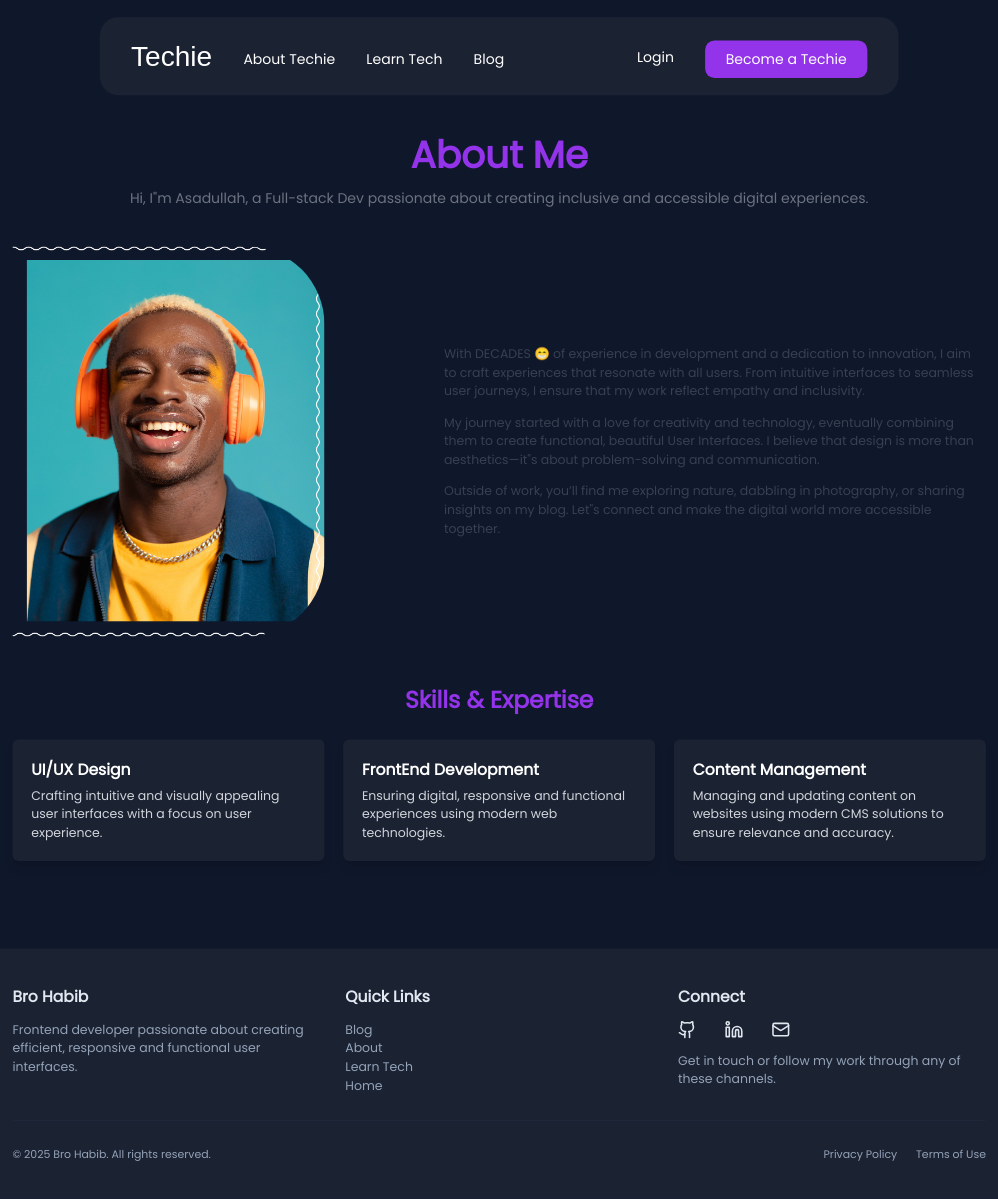
Repository: asadullah48/data-fetch
Page: /about
The author's editor kept a copy of each file at every save. The page is drawn from the files as they stood at one save, then again after the next save.
The browser window is 1280 px wide. The pictures show the whole page, at 78% of full size.
Some web fonts or font styles are not loaded; a fallback is used. The project was rebuilt for these pictures with package versions that can differ from the ones it lists, and the page was loaded fresh each time. The framework's server and built-in components were replaced by stand-ins that run in the browser. Also part of the build but not shown: next.config.mjs.

Above is the page before, as saved 2025-01-15 12:26:06.

After the next save:
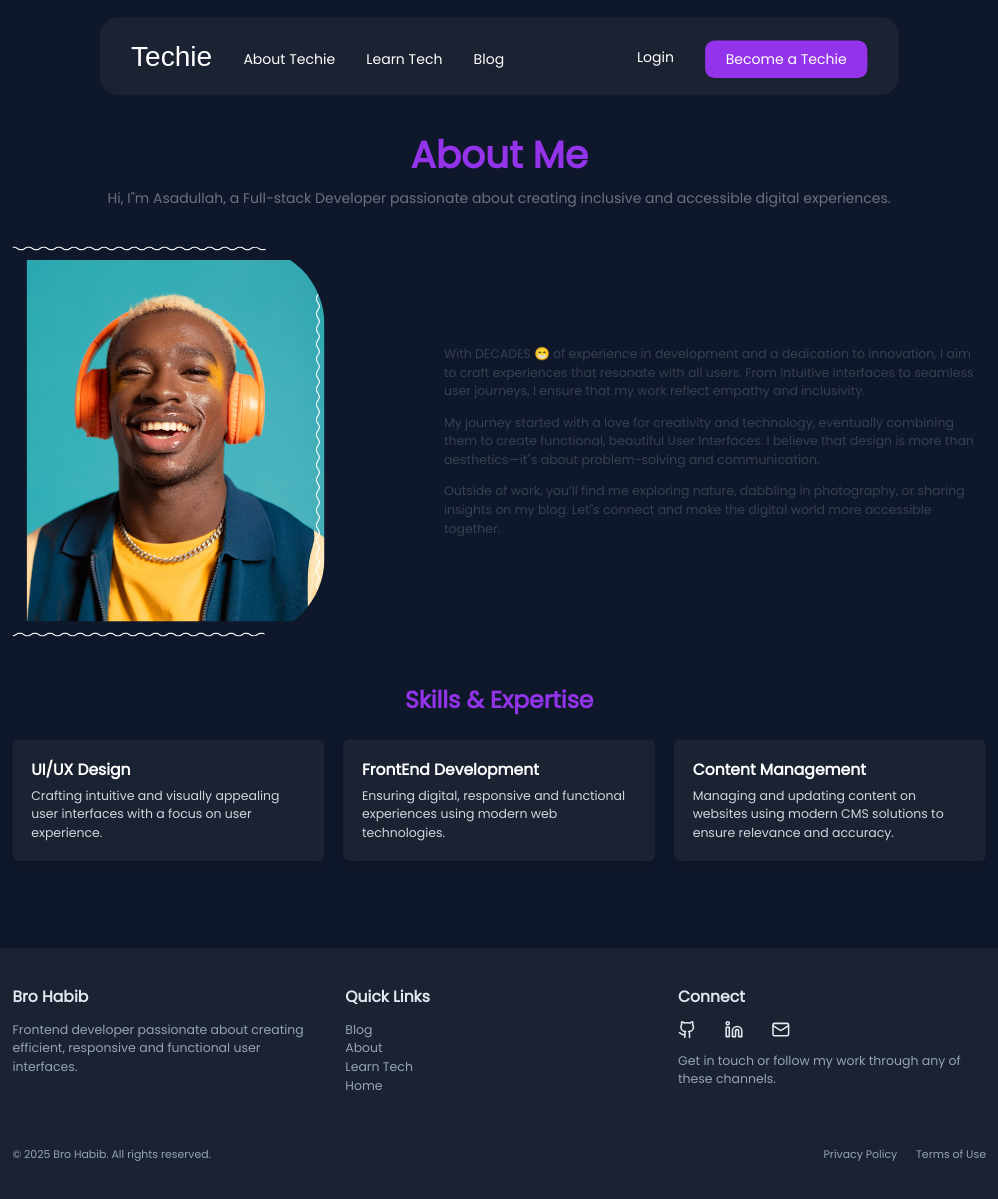
Saved 6 s later.
--- a/src/app/about/page.tsx
+++ b/src/app/about/page.tsx
@@ -8,7 +8,7 @@ export default function About() {
             <div className="text-center mb-12">
                 <h1 className="text-5xl font-bold text-[#9333EA]">About Me</h1>
                 <p className="text-lg text-gray-500 mt-4">
-                    Hi, I&quot;m Asadullah, a Full-stack Dev passionate about creating inclusive and accessible digital experiences.
+                    Hi, I&quot;m Asadullah, a Full-stack Developer passionate about creating inclusive and accessible digital experiences.
                 </p>
             </div>
 
